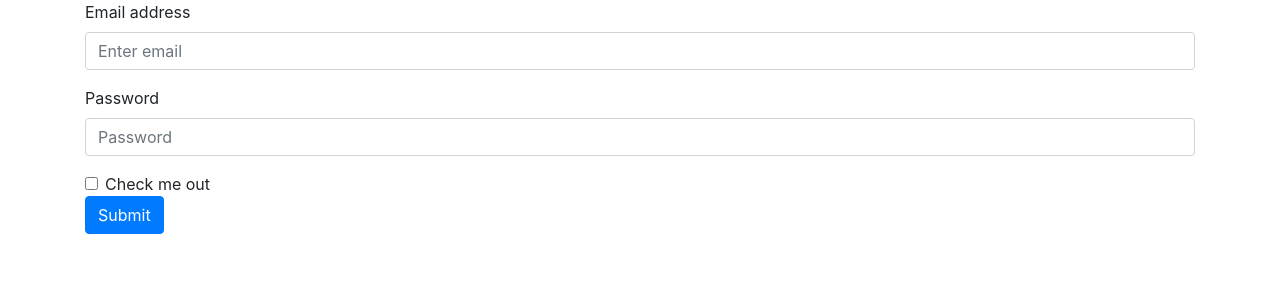
Repository: AMIT1439027/crud-app
Page: http://localhost/user.php
The author's editor kept a copy of each file at every save. The page is drawn from the files as they stood at one save, then again after the next save.
The browser window is 1280 px wide. The pictures show the whole page.
The page is run by PHP 8.4 with error messages shown; the project is at /var/www/html/.

Above is the page before, as saved 2024-04-25 10:04:46.

### user.php
<!doctype html>
<html lang="en">
  <head>
    <!-- Required meta tags -->
    <meta charset="utf-8">
    <meta name="viewport" content="width=device-width, initial-scale=1, shrink-to-fit=no">

    <!-- Bootstrap CSS -->
    <link rel="stylesheet" href="https://cdn.jsdelivr.net/npm/bootstrap@4.0.0/dist/css/bootstrap.min.css" integrity="sha384-Gn5384xqQ1aoWXA+058RXPxPg6fy4IWvTNh0E263XmFcJlSAwiGgFAW/dAiS6JXm" crossorigin="anonymous">

    <title>Crud Operation</title>
  </head>
  <body>
  <div class="container">

  <form method ="post">
  <div class="form-group">
    <label >Email address</label>
    <input type="email" class="form-control" placeholder="Enter email">

  </div>
  <div class="form-group">
    <label for="exampleInputPassword1">Password</label>
    <input type="password" class="form-control" id="exampleInputPassword1" placeholder="Password">
  </div>
  <div class="form-check">
    <input type="checkbox" class="form-check-input" id="exampleCheck1">
    <label class="form-check-label" for="exampleCheck1">Check me out</label>
  </div>
  <button type="submit" class="btn btn-primary">Submit</button>
</form>
  </div>

  </body>
</html>

After the next save:
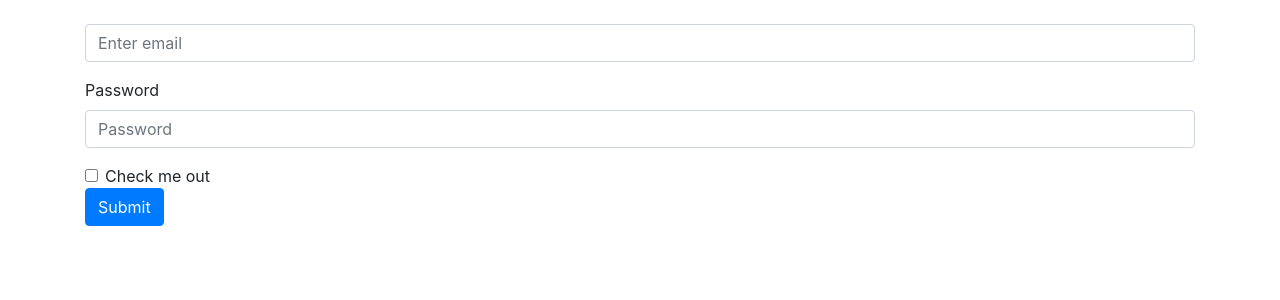
Saved 17 s later.
--- a/user.php
+++ b/user.php
@@ -15,7 +15,7 @@
 
   <form method ="post">
   <div class="form-group">
-    <label >Email address</label>
+    <label ></label>
     <input type="email" class="form-control" placeholder="Enter email">
 
   </div>
